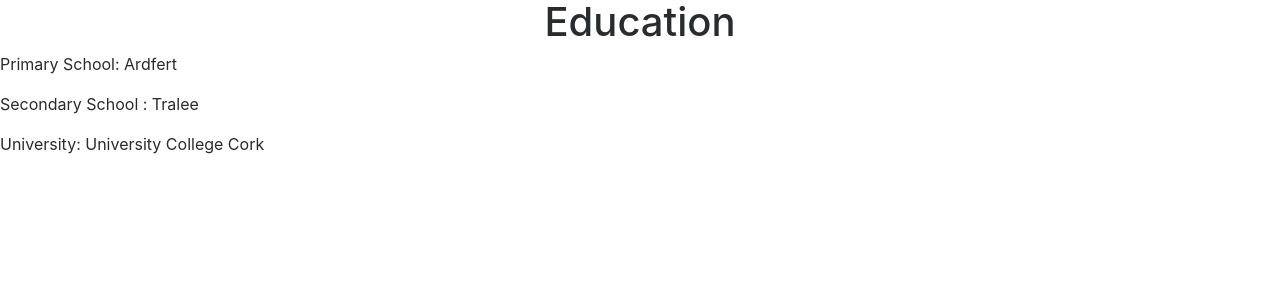
Repository: podgeomahony/is1113117413984
Page: cv/cv_page2.html
The author's editor kept a record of every edit. The page is drawn from the files as they stood at one moment, then again after the next edit.
The browser window is 1280 px wide. The pictures show the whole page.
Some web libraries are served in a nearby version.

Above is the page before.
Console error (its wording comes from the project's code and is left out).

After the next edit:
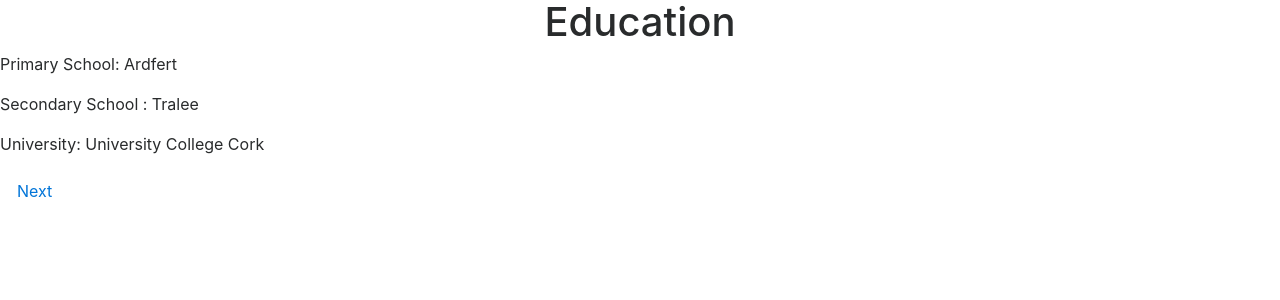
The edit:
--- a/cv/cv_page2.html
+++ b/cv/cv_page2.html
@@ -19,5 +19,7 @@
         <p>Secondary School : Tralee</p>
         <p>University: University College Cork</p>
 
+        <a href="cv_page3.html" class="btn btn-dark">Next</a>
+
     </body>
 </html>
